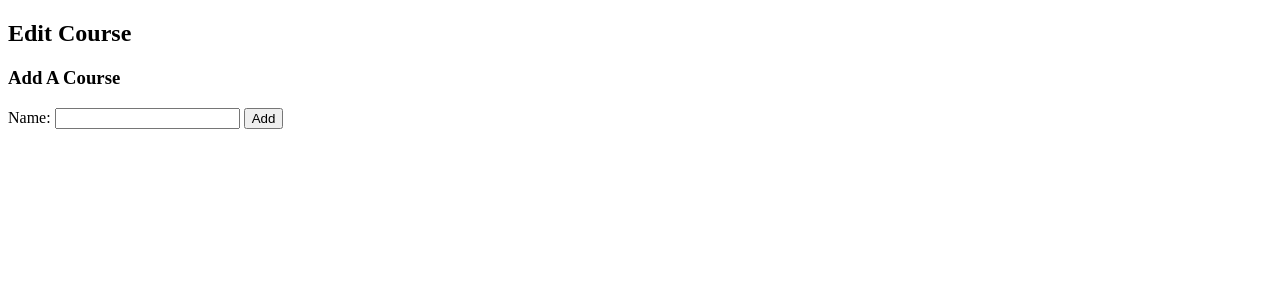
Repository: pjberry/course-tracking-initial
Page: http://localhost/course-tracking/editCourse.jsp
The author's editor kept a copy of each file at every save. The page is drawn from the files as they stood at one save, then again after the next save.
The browser window is 1280 px wide. The pictures show the whole page.
The page is served by Tomcat 9. Other server files are loaded and not shown.

Above is the page before, as saved 2014-09-09 02:25:27.

### course-tracking/WebContent/editCourse.jsp
<%@ page language="java" pageEncoding="UTF-8" session="false"%>
<!DOCTYPE html>
<html>
<%@ taglib prefix="c" uri="http://java.sun.com/jsp/jstl/core"%>

<head>
<title>Edit Course</title>
</head>
<body>
	<h2>Edit Course</h2>

	<h3>Add A Course</h3>
	<form method="POST" action='CourseController' name="addCourse">
	Name: <input type="text" name="courseName" />
	<input type="hidden" name="action" value="update">
	<input type="submit" value="Add">
	</form>

</body>

</html>

After the next save:
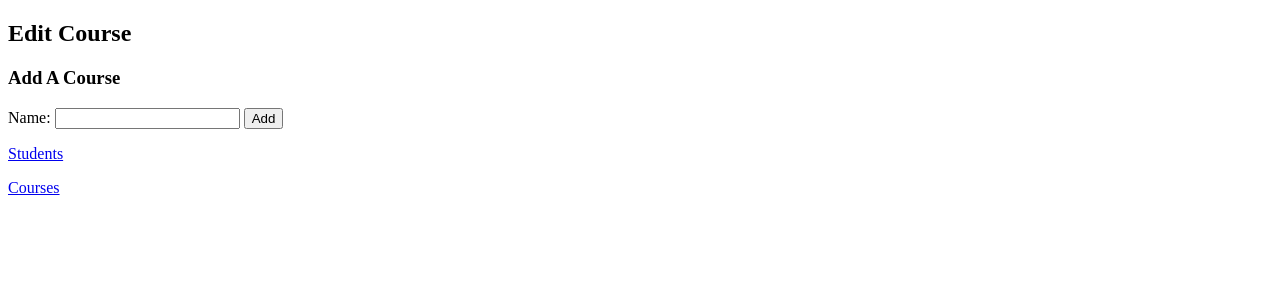
Saved 19 s later.
--- a/course-tracking/WebContent/editCourse.jsp
+++ b/course-tracking/WebContent/editCourse.jsp
@@ -16,6 +16,8 @@
 	<input type="submit" value="Add">
 	</form>
 
+	<p><a href="StudentController">Students</a></p>
+	<p><a href="CourseController">Courses</a></p>
 </body>
 
 </html>
